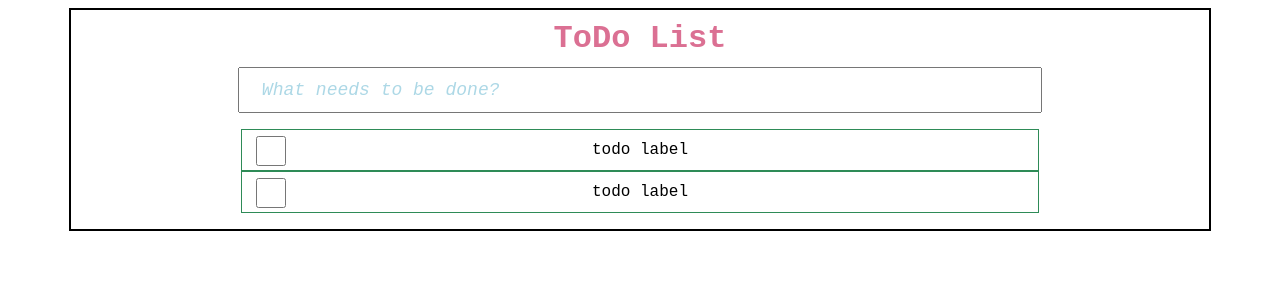
Repository: litalsh/To-Do-List
Page: index.html
An editor plug-in stored every save of this project. The page is shown before and after the next save, followed by the edit.
The browser window is 1280 px wide. The pictures show the whole page.

Above is the page before, as saved 2019-10-24 17:54:54.

After the next save:
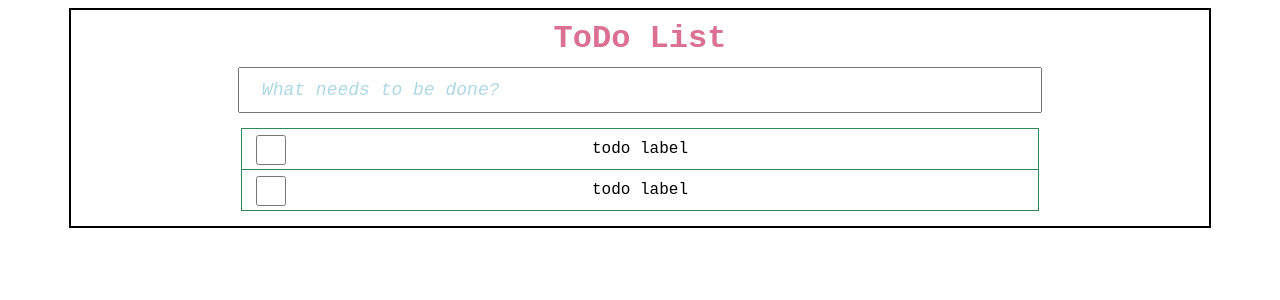
Saved 32 s later.
--- a/style.css
+++ b/style.css
@@ -41,7 +41,7 @@ body{
       border: 1px solid seagreen;
       width: 70%;
       line-height: 40px;
-      margin: 0 auto;
+      margin: -1px auto;
       position: relative;
   }
 
